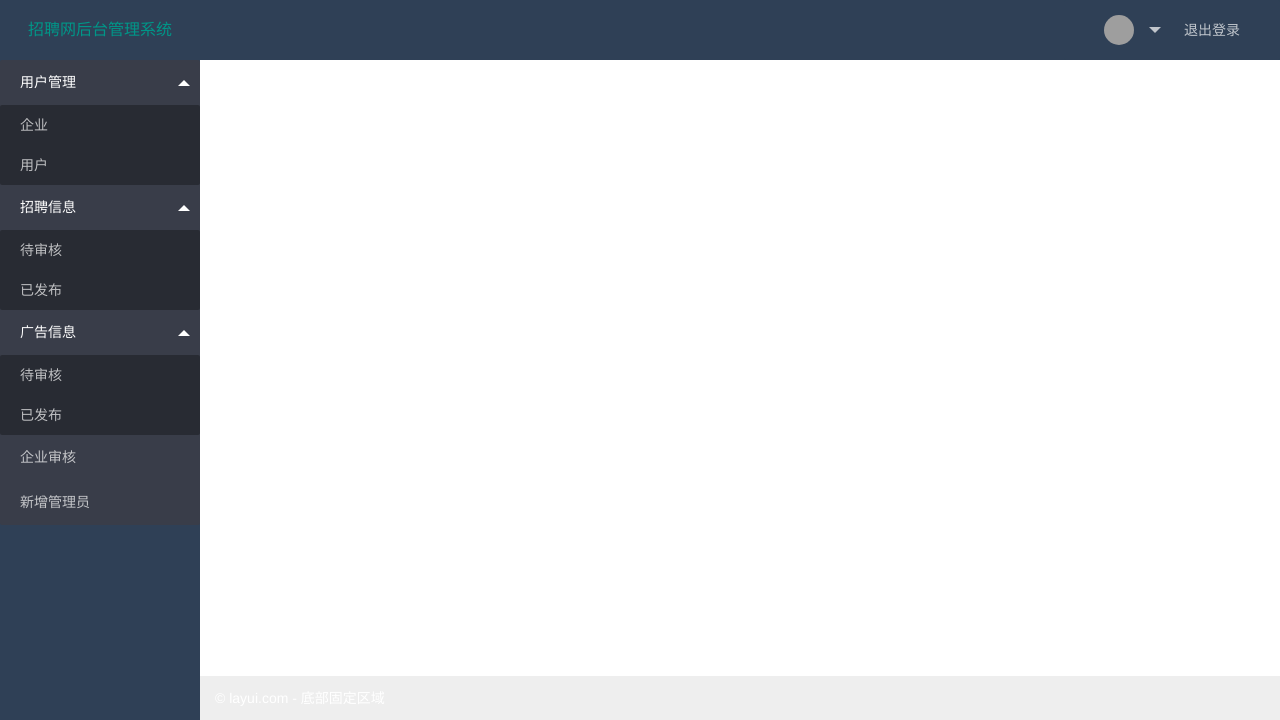
Repository: LongJinhe-coder/java-web-
Page: http://localhost/projectDemo1/adminhome.jsp
The author's editor kept a copy of each file at every save. The page is drawn from the files as they stood at one save, then again after the next save.
The browser window is 1280 px wide. The pictures show the whole page.
Pictures or frames that could not be fetched are drawn as grey boxes. The page is served by Tomcat 9. Other server files are loaded and not shown.

Above is the page before, as saved 2020-07-27 08:05:06.

### MyEclipse CI/projectDemo1/WebRoot/adminhome.jsp
<%@ page language="java" import="java.util.*" pageEncoding="UTF-8"%>
<%@ page import="com.etc.entity.*" %>
<%
String path = request.getContextPath();
String basePath = request.getScheme()+"://"+request.getServerName()+":"+request.getServerPort()+path+"/";
%>

<!DOCTYPE html HTML PUBLIC "-//W3C//DTD HTML 4.01 Transitional//EN">
<html>
<head>
  <meta charset="utf-8">
  <meta name="viewport" content="width=device-width, initial-scale=1, maximum-scale=1">
  <title>招聘网后台管理</title>
  <link rel="stylesheet" href="layui/css/layui.css">
</head>


<body class="layui-layout-body">
<%
	String loadPageUrl = "index.jsp";
	String adminName = (String)request.getAttribute("adminname");
  if(session.getAttribute("url")!=null){
  loadPageUrl = (String)session.getAttribute("url");
  }
  //if(loadPageUrl.equals("jobSeekers.jsp")){//根据loadPageUrl不同给不同界面传递不同的list
  // List<User> list = (List<User>)request.getAttribute("userlist");
  //}
	PageData pagedata = (PageData)request.getAttribute("pagedata");
  	System.out.println("adminhome-pagedata="+pagedata);
 %>
<div class="layui-layout layui-layout-admin layui-bg-cyan">
  <div class="layui-header layui-bg-cyan">
    <div class="layui-logo">招聘网后台管理系统</div>
    <!-- 头部区域（可配合layui已有的水平导航） -->

    <ul class="layui-nav layui-layout-right layui-bg-cyan">
      <li class="layui-nav-item layui-bg-cyan">
        <a href="javascript:;">
          <img src="http://t.cn/RCzsdCq" class="layui-nav-img">
           ${adminname}
        </a>
        <dl class="layui-nav-child">
          <dd><a href="">基本资料</a></dd>
          <dd><a href="">安全设置</a></dd>
        </dl>
      </li>
      <li class="layui-nav-item"><a href="login.jsp">退出登录</a></li>
    </ul>
  </div>

  <div class="layui-side  layui-bg-cyan">
    <div class="layui-side-scroll">
      <!-- 左侧导航区域（可配合layui已有的垂直导航） -->
      <ul class="layui-nav layui-nav-tree"  lay-filter="test">
        <li class="layui-nav-item layui-nav-itemed">
          <a class="" href="javascript:">用户管理</a>
          <dl class="layui-nav-child">
            <dd><a href="javascript:changeUrl('firmAccount.jsp');">企业</a></dd>
            <dd><a href="javascript:getUser('userAccount.jsp');">用户</a></dd>
          </dl>
        </li>
        <li class="layui-nav-item layui-nav-itemed">
          <a href="javascript:">招聘信息</a>
          <dl class="layui-nav-child">
            <dd><a href="javascript:changeUrl('checkJobs.jsp');">待审核</a></dd>
            <dd><a href="javascript:changeUrl('publishedJobs.jsp');">已发布</a></dd>
          </dl>
        </li>
        <li class="layui-nav-item layui-nav-itemed">
          <a href="javascript:;">广告信息</a>
          <dl class="layui-nav-child">
            <dd><a href="javascript:;">待审核</a></dd>
            <dd><a href="javascript:;">已发布</a></dd>
          </dl>
        </li>
        <li class="layui-nav-item"><a href="javascript:changeUrl('checkFirmRegister.jsp');">企业审核</a></li>
        <li class="layui-nav-item"><a href="addAdmin.jsp">新增管理员</a></li>
      </ul>
    </div>
  </div>

  <div class="layui-body">
    <!-- 内容主体区域 -->
 <div style="margin-top: 20px">
 <jsp:include page="<%=loadPageUrl %>" flush="true">
 <jsp:param value="${pagedata}" name="pagedata"/>
 <jsp:param value="${adminname}" name="adminname"/>
 </jsp:include>
 </div>

  </div>

  <div class="layui-footer">
    <!-- 底部固定区域 -->
    © layui.com - 底部固定区域
  </div>
</div>
<script src="layui/layui.js"></script>
<script type="text/javascript">
//JavaScript代码区域
layui.use('element', function(){
  var element = layui.element;

});

function changeUrl(name){

console.log("name=",name);
	location.href="ChangeUrlServlet?url="+name+"";

}
function getUser(url){
	location.href="UserServlet?option=queryByPage&url="+url+"";
}
</script>
</body>
</html>

### MyEclipse CI/projectDemo1/WebRoot/index.jsp
<%@ page language="java" import="java.util.*" pageEncoding="UTF-8"%>
<%
String path = request.getContextPath();
String basePath = request.getScheme()+"://"+request.getServerName()+":"+request.getServerPort()+path+"/";
%>

<!DOCTYPE HTML PUBLIC "-//W3C//DTD HTML 4.01 Transitional//EN">
<html>
  <head>
  <meta charset="utf-8">
  <title>Layui</title>
  <meta name="renderer" content="webkit">
  <meta http-equiv="X-UA-Compatible" content="IE=edge,chrome=1">
  <meta name="viewport" content="width=device-width, initial-scale=1, maximum-scale=1">
  <link rel="stylesheet" href="layui/css/layui.css"  media="all">
  <!-- 注意：如果你直接复制所有代码到本地，上述css路径需要改成你本地的 -->
</head>

  <body>

  <center><div>亲爱的管理员${adminname},欢迎您登录Higher Brothers招聘网站后台管理系统！</div></center>
  </body>

</html>

Loaded but not shown: MyEclipse CI/projectDemo1/WebRoot/layui/css/layui.css (library); MyEclipse CI/projectDemo1/WebRoot/layui/layui.js (library); MyEclipse CI/projectDemo1/WebRoot/layui/lay/modules/element.js (library); MyEclipse CI/projectDemo1/WebRoot/layui/lay/modules/jquery.js (library)

After the next save:
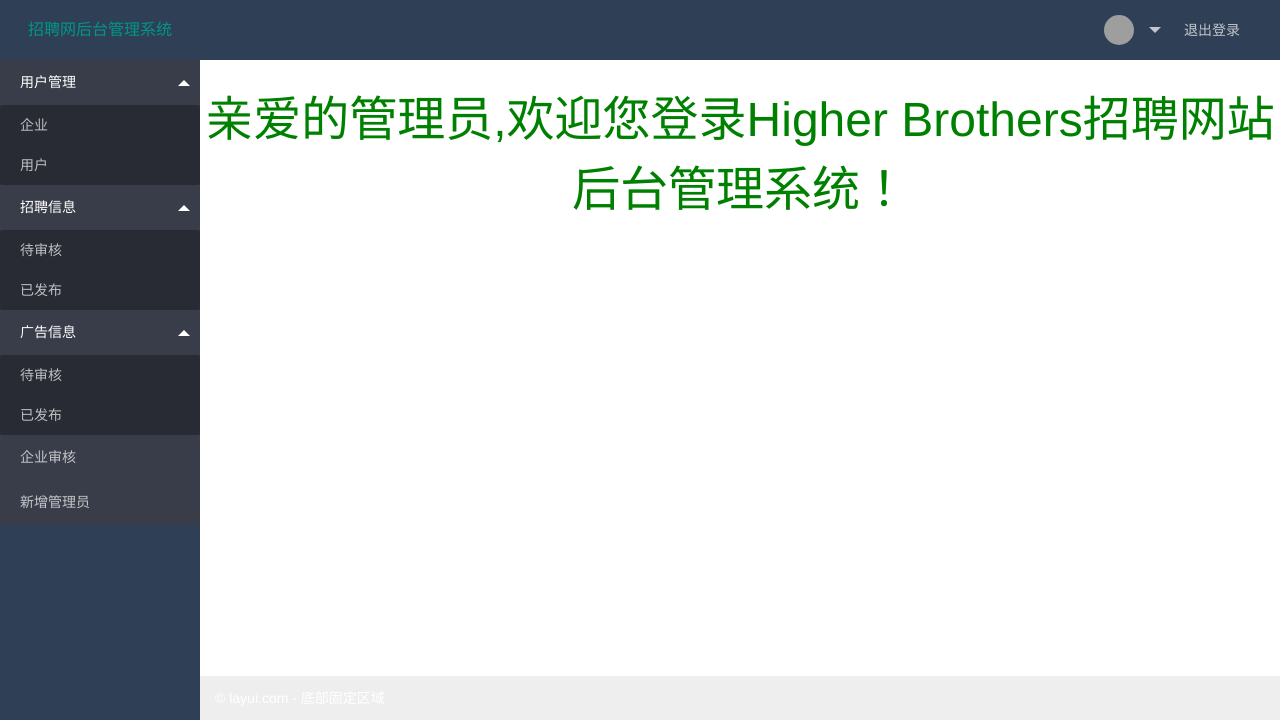
Saved 64 s later.
--- a/MyEclipse CI/projectDemo1/WebRoot/index.jsp
+++ b/MyEclipse CI/projectDemo1/WebRoot/index.jsp
@@ -18,7 +18,7 @@
 
   <body>
 
-  <center><div>亲爱的管理员${adminname},欢迎您登录Higher Brothers招聘网站后台管理系统！</div></center>
+  <center><div><font size="30px" color="green">亲爱的管理员${adminname},欢迎您登录Higher Brothers招聘网站后台管理系统！</font></div></center>
   </body>
 
 </html>
